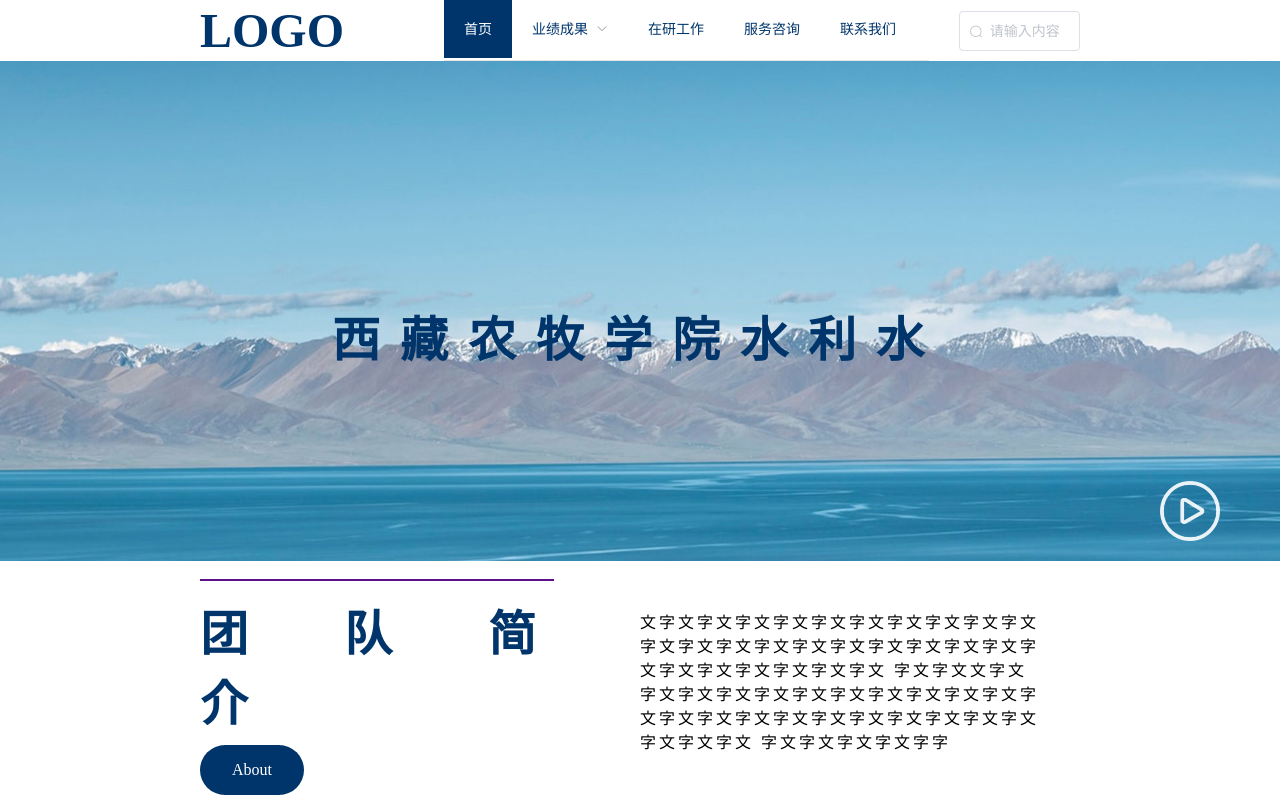
Repository: BLSY/xzust
Page: /
An editor plug-in stored every save of this project. The page is shown before and after the next save, followed by the edit.
The browser window is 1280 px wide. The pictures show the whole page.
The project was rebuilt for these pictures with package versions that can differ from the ones it lists, and the page was loaded fresh each time.

Above is the page before, as saved 2022-11-27 10:02:37.

After the next save:
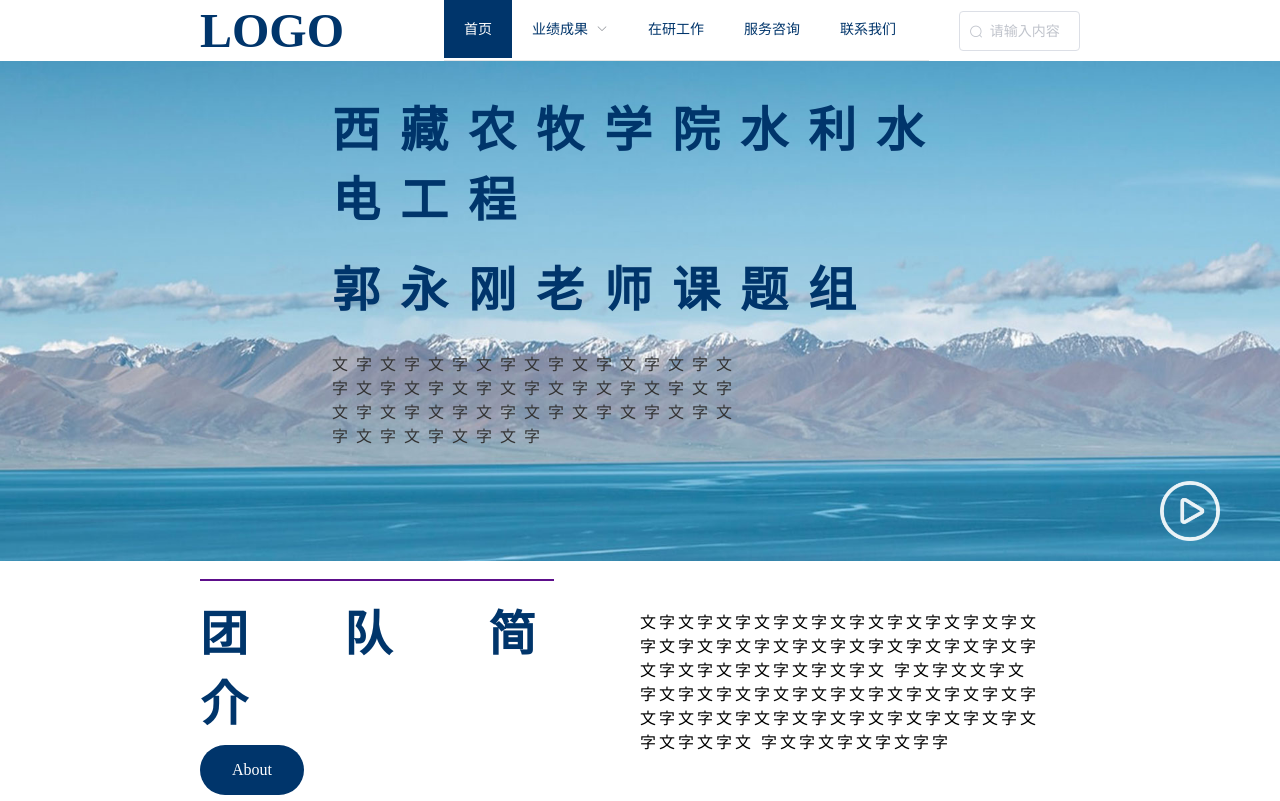
Saved 102 s later.
--- a/src/components/HelloWorld.vue
+++ b/src/components/HelloWorld.vue
@@ -137,7 +137,8 @@ html{
   background-size:100% 100% ;
   position: relative;
   height: 500px;
-  line-height: 500px;
+  font-display: flex;
+  align-items: center;
   text-align: center;
   overflow: hidden;
   padding: 0 200px;
